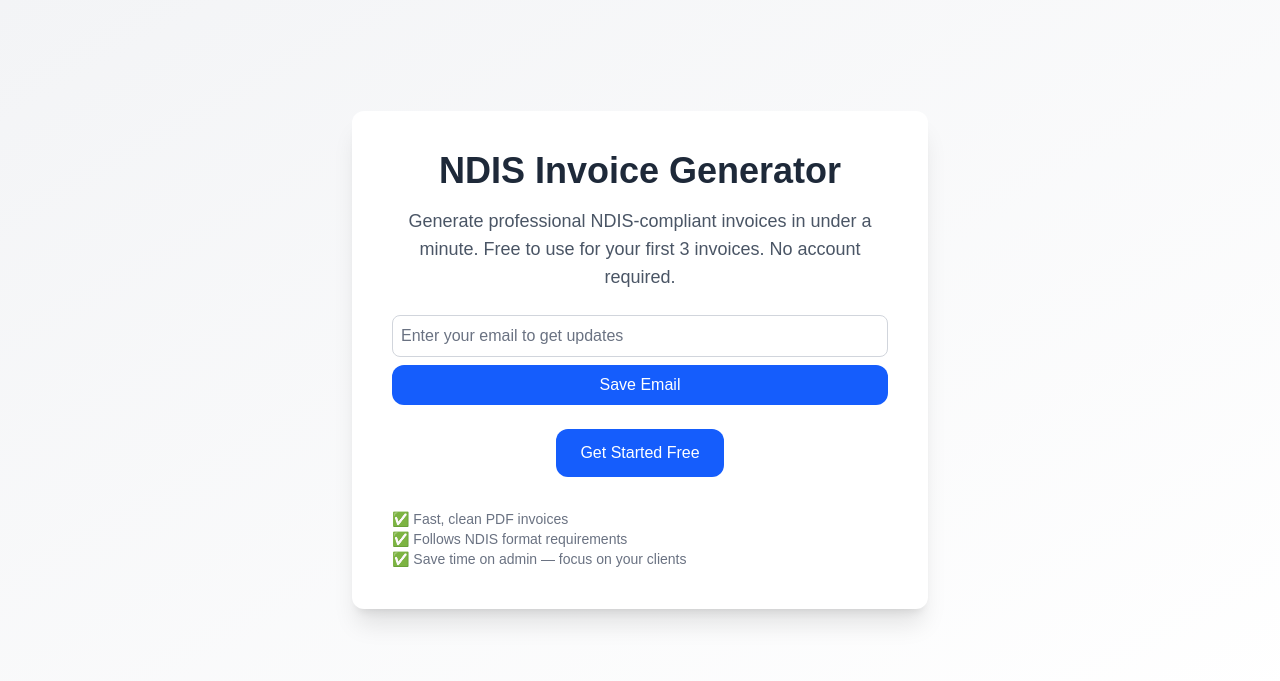
Repository: shreeyanshujha/ndis-invoice-generator
Page: /
These files come from the project's save history. The page is drawn as it stood at one moment and after the next save; the edit follows.
The browser window is 1280 px wide. The pictures show the whole page.
The project was rebuilt for these pictures with package versions that can differ from the ones it lists, and the page was loaded fresh each time. The framework's server and built-in components were replaced by stand-ins that run in the browser. Also part of the build but not shown: next.config.mjs.

Above is the page before, as saved 2025-04-03 00:08:28.

### pages/index.js
import { useState } from 'react';
import Link from 'next/link';

export default function Home() {
  const [email, setEmail] = useState('');
  const [submitted, setSubmitted] = useState(false);

  const handleSubmit = () => {
    if (email.trim() === '' || !email.includes('@')) return;
    localStorage.setItem('userEmail', email);
    setSubmitted(true);
  };

  return (
    <div className="min-h-screen bg-gradient-to-br from-gray-100 to-white flex items-center justify-center p-6">
      <div className="bg-white shadow-xl rounded-xl p-10 max-w-xl w-full text-center">
        <h1 className="text-4xl font-extrabold text-gray-800 mb-4">NDIS Invoice Generator</h1>
        <p className="text-lg text-gray-600 mb-6">
          Generate professional NDIS-compliant invoices in under a minute. Free to use for your first 3 invoices. No account required.
        </p>

        {!submitted ? (
          <div className="mb-6 space-y-2">
            <input
              type="email"
              placeholder="Enter your email to get updates"
              className="w-full p-2 border border-gray-300 rounded-lg focus:outline-none focus:ring-2 focus:ring-blue-500 text-black placeholder:text-gray-500"
              value={email}
              onChange={(e) => setEmail(e.target.value)}
            />
            <button
              onClick={handleSubmit}
              className="w-full py-2 bg-blue-600 text-white rounded-xl hover:bg-blue-700 transition"
            >
              Save Email
            </button>
          </div>
        ) : (
          <p className="text-green-600 font-medium mb-6">✅ Email saved. You&apos;re good to go!</p>

        )}

        <Link href="/invoice">
          <button className="px-6 py-3 bg-blue-600 text-white rounded-xl hover:bg-blue-700 transition">
            Get Started Free
          </button>
        </Link>

        <div className="mt-8 text-left text-sm text-gray-500">
          <p>✅ Fast, clean PDF invoices</p>
          <p>✅ Follows NDIS format requirements</p>
          <p>✅ Save time on admin — focus on your clients</p>
        </div>
      </div>
    </div>
  );
}

Loaded but not shown: pages/_app.js (common file); pages/_document.js (common file); styles/globals.css (common file)

After the next save:
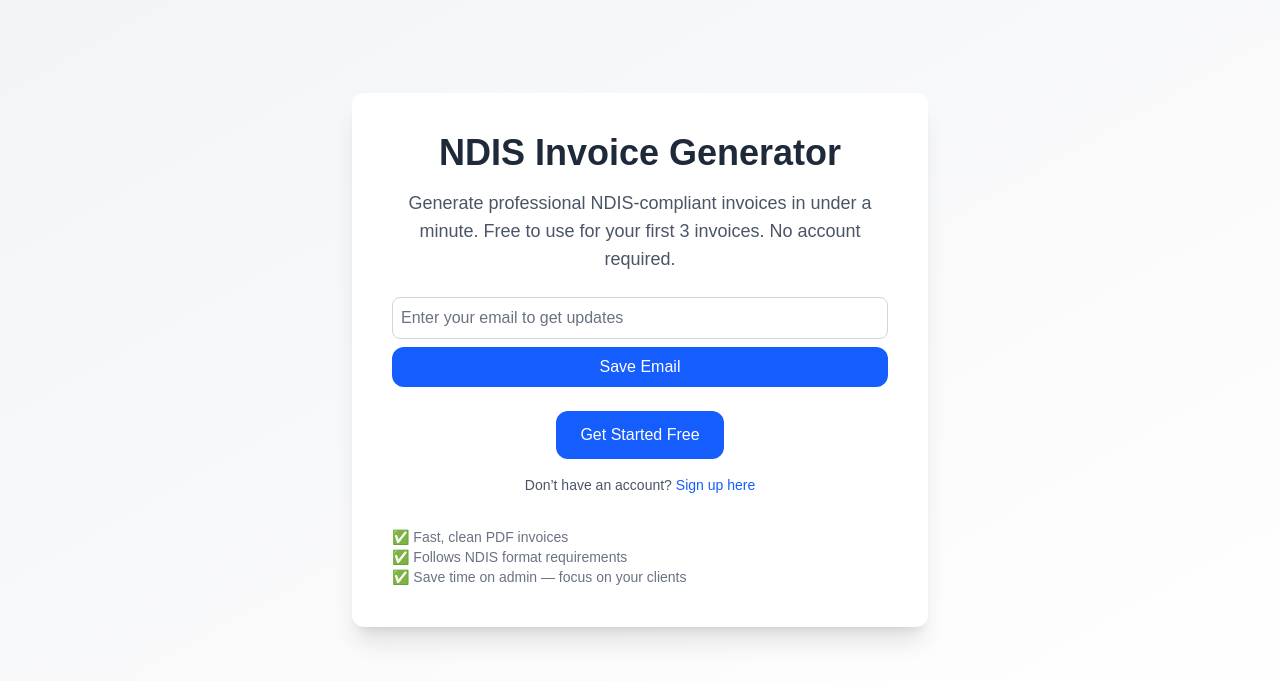
Saved 6 s later.
--- a/pages/index.js
+++ b/pages/index.js
@@ -46,6 +46,14 @@
           </button>
         </Link>
 
+        <p className="mt-4 text-sm text-gray-600 text-center">
+           Don’t have an account?{' '}
+            <a href="/signup" className="text-blue-600 hover:underline">
+             Sign up here
+             </a>
+        </p>
+
+
         <div className="mt-8 text-left text-sm text-gray-500">
           <p>✅ Fast, clean PDF invoices</p>
           <p>✅ Follows NDIS format requirements</p>
